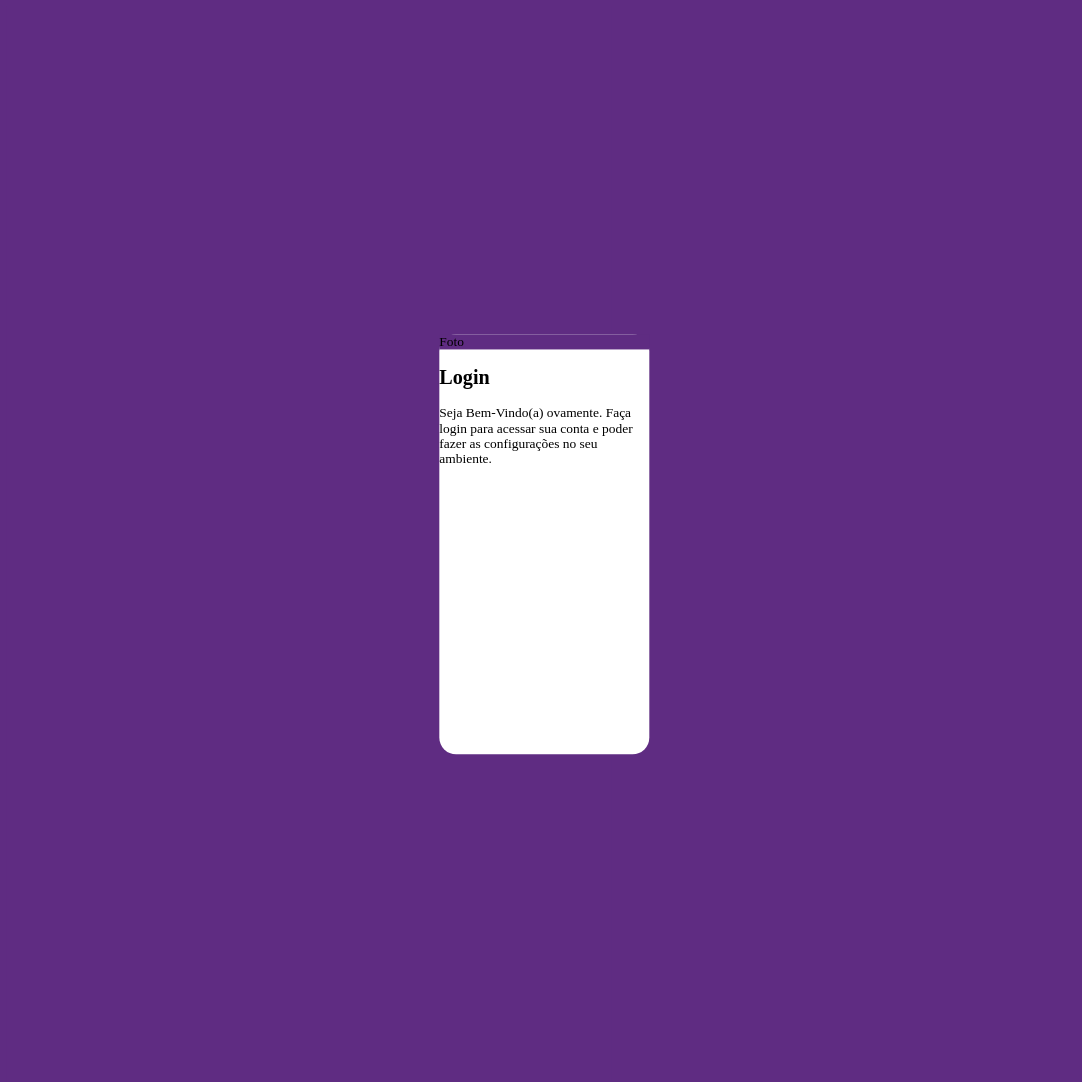
Repository: Guillermomarcon/Projeto-Login
Page: index.html
The author's editor kept a copy of each file at every save. The page is drawn from the files as they stood at one save, then again after a run of saves.
The browser window is 1280 px wide. The page is 1288 px wide, so the pictures cover 1288 px, including what lies to the right of the window. The pictures show the whole page, at 84% of full size.

Above is the page before, as saved 2022-09-03 14:12:46.

### index.html
<!DOCTYPE html>
<html lang="pt-br">
<head>
    <meta charset="UTF-8">
    <meta http-equiv="X-UA-Compatible" content="IE=edge">
    <meta name="viewport" content="width=device-width, initial-scale=1.0">
    <title>Login</title>
    <link rel="stylesheet" href="estilos/style.css">
</head>
<body>
    <main>
        <section id="login">
            <div id="imagem">
                Foto
            </div>

            <div id="formulario">
                <h1>Login</h1>
                <p>
                    Seja Bem-Vindo(a) ovamente. Faça login para acessar sua conta e poder fazer as configurações no seu ambiente.
                </p>
                <form action="login.php" method="post">


                </form>
            </div>
        </section>
    </main>

</body>
</html>

### estilos/style.css
@charset "utf-8"


/*
Paleta de cores
verde #49a09d
lilas #5f2c82
*/

*{
    font-family: system-ui, -apple-system, BlinkMacSystemFont, 'Segoe UI', Roboto, Oxygen, Ubuntu, Cantarell, 'Open Sans', 'Helvetica Neue', sans-serif;
    padding: 0px;
    margin: 0px;
    box-sizing: border-box;
}

body, html {
    background-color:#5f2c82 ;
    height: 100vw;
    width: 100vh;
}
main {
    position: relative;

    height: 100vw;
    width: 100vw;
}

section#login {
    position: absolute;
    top: 50%;
    left: 50%;
    transform: translate(-50%,-50%);
    background-color:white ;
    width: 250px;
    height: 500px;
    border-radius: 20px;
}

section#login > div#imagem {
    background: #5f2c82 url();
}

After the next 3 saves:
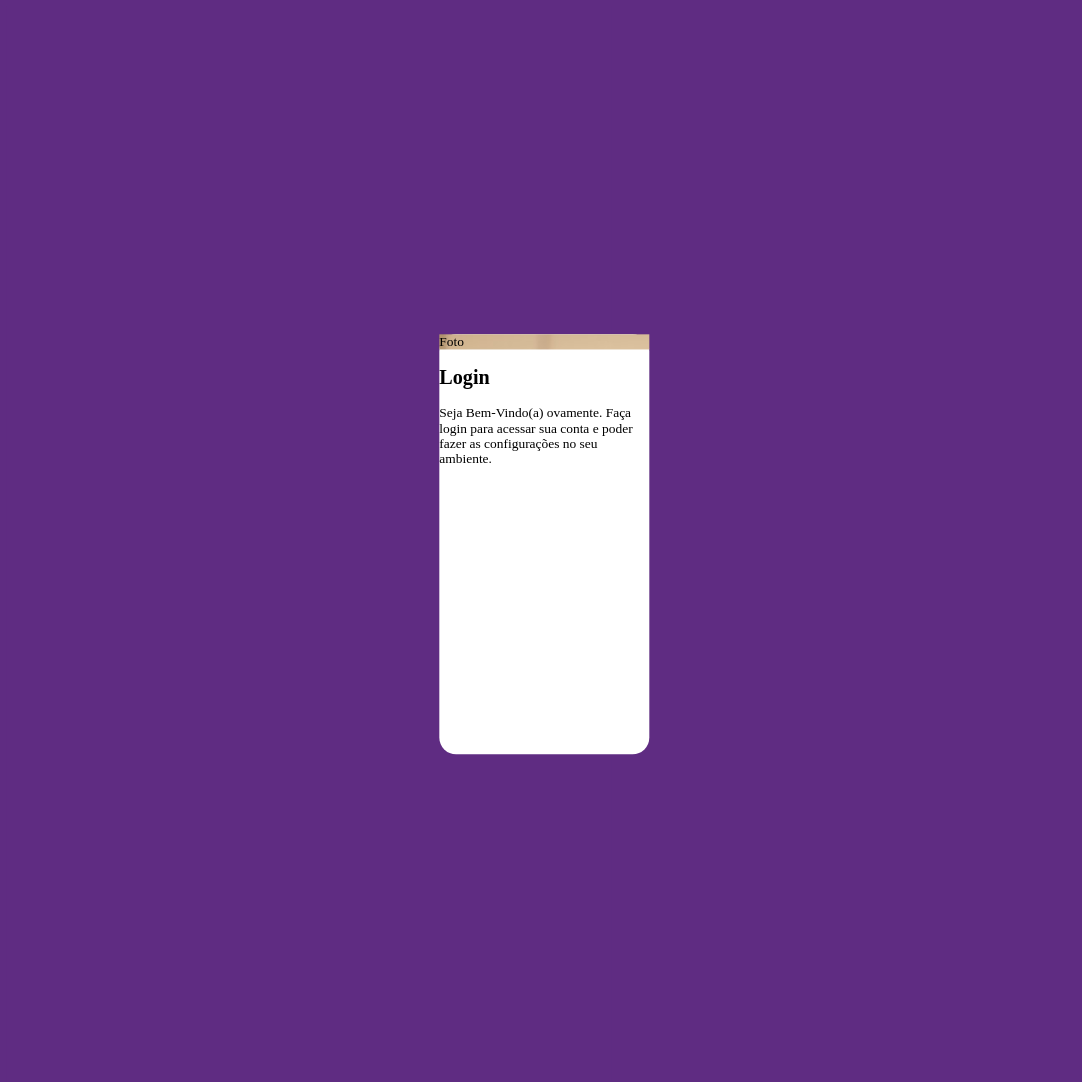
The 3 saves are shown as one change because they came seconds apart.
The last was saved 7 s later.
--- a/estilos/style.css
+++ b/estilos/style.css
@@ -38,5 +38,5 @@ section#login {
 }
 
 section#login > div#imagem {
-    background: #5f2c82 url();
+    background: #5f2c82 url(../imagens/pexels-pixabay-271639.jpg);
 }
